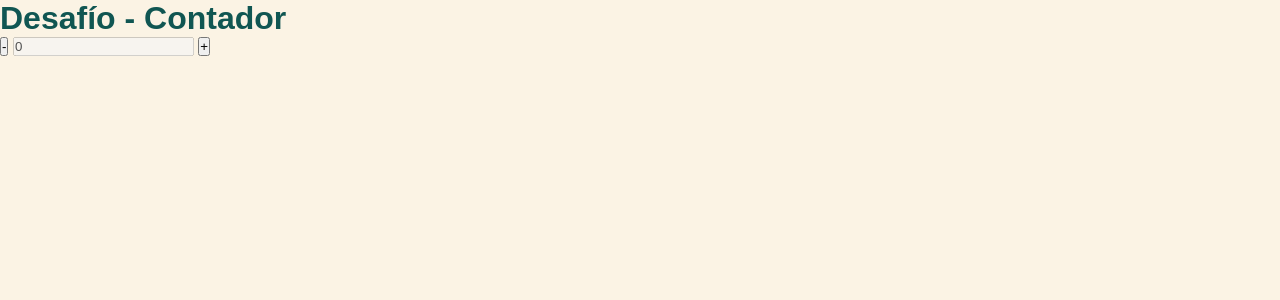
Repository: r-urchi/vue-coderhouse
Page: index.html
The author's editor kept a copy of each file at every save. The page is drawn from the files as they stood at one save, then again after the next save.
The browser window is 1280 px wide. The pictures show the whole page.
The style sheet was rebuilt from its Sass, Less or Tailwind sources for each picture, by a compiler version that may differ from the author's.

Above is the page before, as saved 2021-11-13 10:57:29.

### index.html
<!DOCTYPE html>
<html lang="en">
<head>
    <meta charset="UTF-8">
    <meta http-equiv="X-UA-Compatible" content="IE=edge">
    <meta name="viewport" content="width=device-width, initial-scale=1.0">
    <link rel="stylesheet" href="css/main.css">
    <script src="https://cdn.jsdelivr.net/npm/vue@2.6.14/dist/vue.js"></script>
    <script defer src="js/app.js"></script>
    <title>Clase 2</title>
</head>
<body>

    <div id="app">

        <h1>Desafío - Contador</h1>
        <div class="counter__container">
            <button v-on:click=subtract() class="counter__btn">-</button>
            <input type="number" v-bind:value="counterValue" class="counter__value" disabled/>
            <button v-on:click=add() class="counter__btn">+</button>
        </div>

    </div>

</body>
</html>

### js/app.js
var app = new Vue({
    el: '#app',
    data: {
      counter: 0,
    },
    methods: {
        add(){
            this.counter++;
        },
        subtract(){
            this.counter === 0 ? this.counter = 0 : this.counter--;
        },
    },
    computed: {
        counterValue(){
            return this.counter
        },
    },
});

### css/main.sass
@import _basic

@import _counter

### css/_basic.sass
*
    margin: 0
    padding: 0
    box-sizing: border-box

body
    background: #FBF3E4
    font-family: sans-serif
    color: #105652

#app
    width: 100%
    height: 100%

### css/_counter.sass
h1
    text

After the next save:
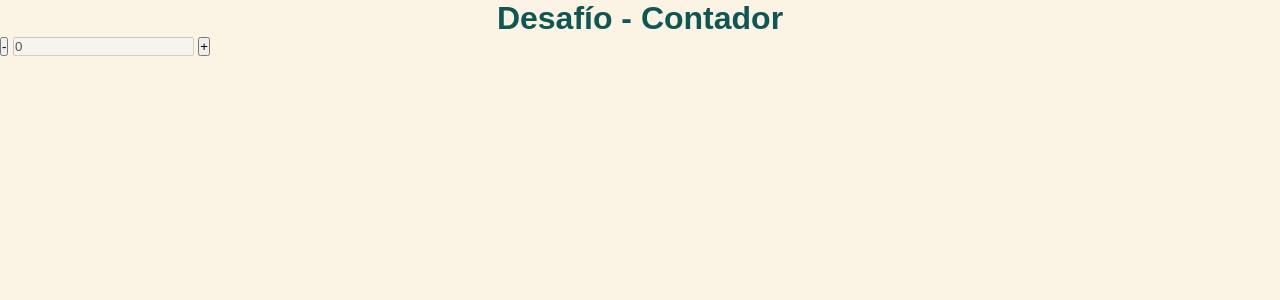
Saved 26 s later.
--- a/css/_counter.sass
+++ b/css/_counter.sass
@@ -1,2 +1,3 @@
 h1
+    text-align: center
     text
